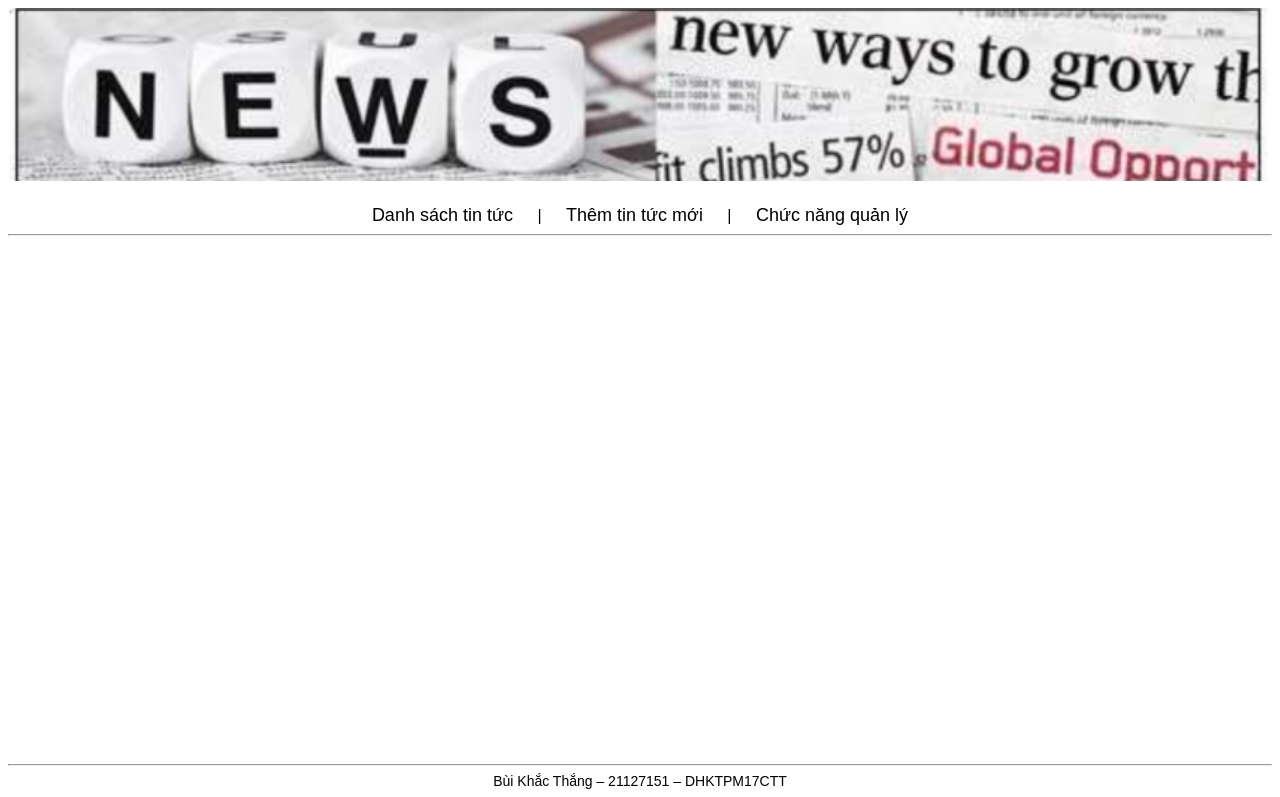
Repository: buikhacthang91042/Nam4_Ki1
Page: http://localhost/Tuan04_Bai3/TrangChu.jsp
An editor plug-in stored every save of this project. The page is shown before and after the next save, followed by the edit.
The browser window is 1280 px wide. The pictures show the whole page.
The page is served by Tomcat 10. Nobody is signed in. The application's start-up code is not run.

Above is the page before, as saved 2024-10-06 06:41:54.

After the next save:
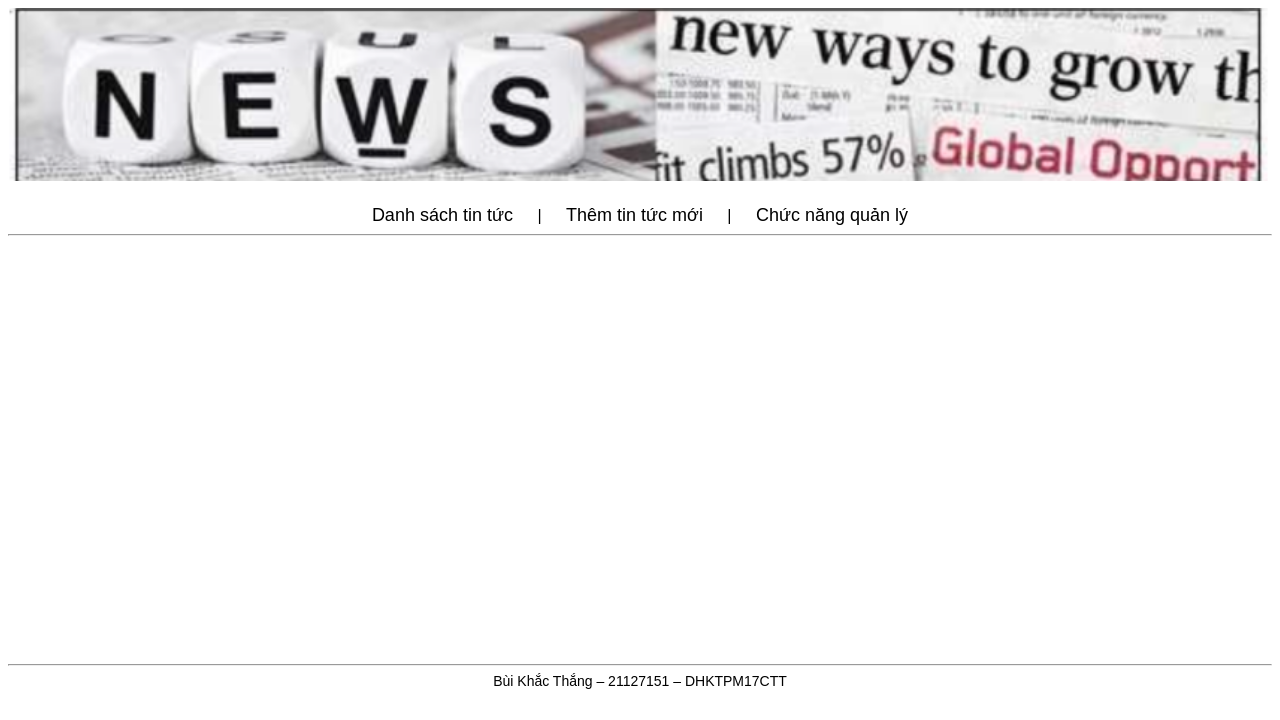
Saved 5 s later.
--- a/WWW/Tuan04/Tuan04_Bai3/src/main/webapp/TrangChu.jsp
+++ b/WWW/Tuan04/Tuan04_Bai3/src/main/webapp/TrangChu.jsp
@@ -27,7 +27,7 @@
             font-size: 14px;
         }
         .content {
-        	height: 500px;
+        	height: 400px;
         }
     </style>
 </head>
